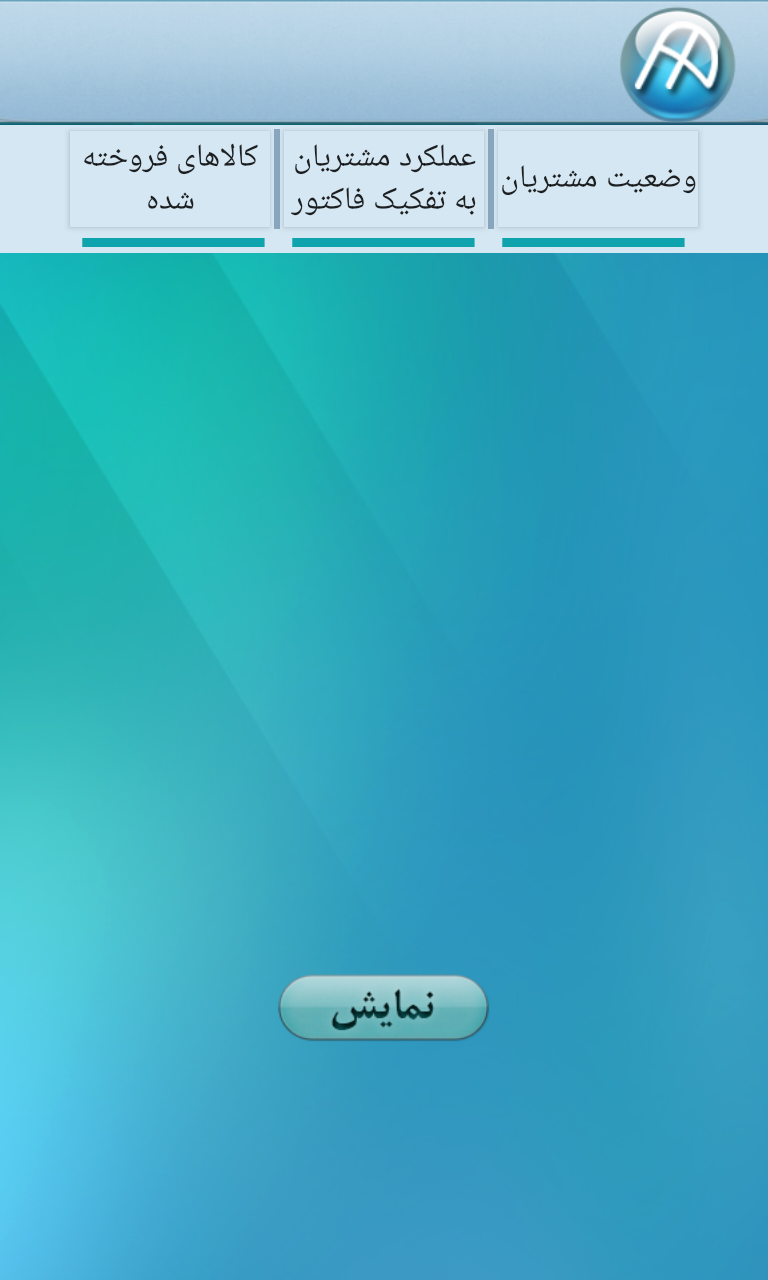
Repository: AtiehPardaz/Reports-Mobile
Layout: Reportsmobile/res/layout/activity_forosh.xml
An editor plug-in stored every save of this project. The layout is shown before and after the next save, followed by the edit.
It is drawn on a 768 x 1280 px phone screen (xhdpi) without system bars, with theme AppTheme; the app's code is not run. Lists and similar views that code fills are empty.

Above is the layout before, as saved 2015-03-09 13:04:22.

After the next save:
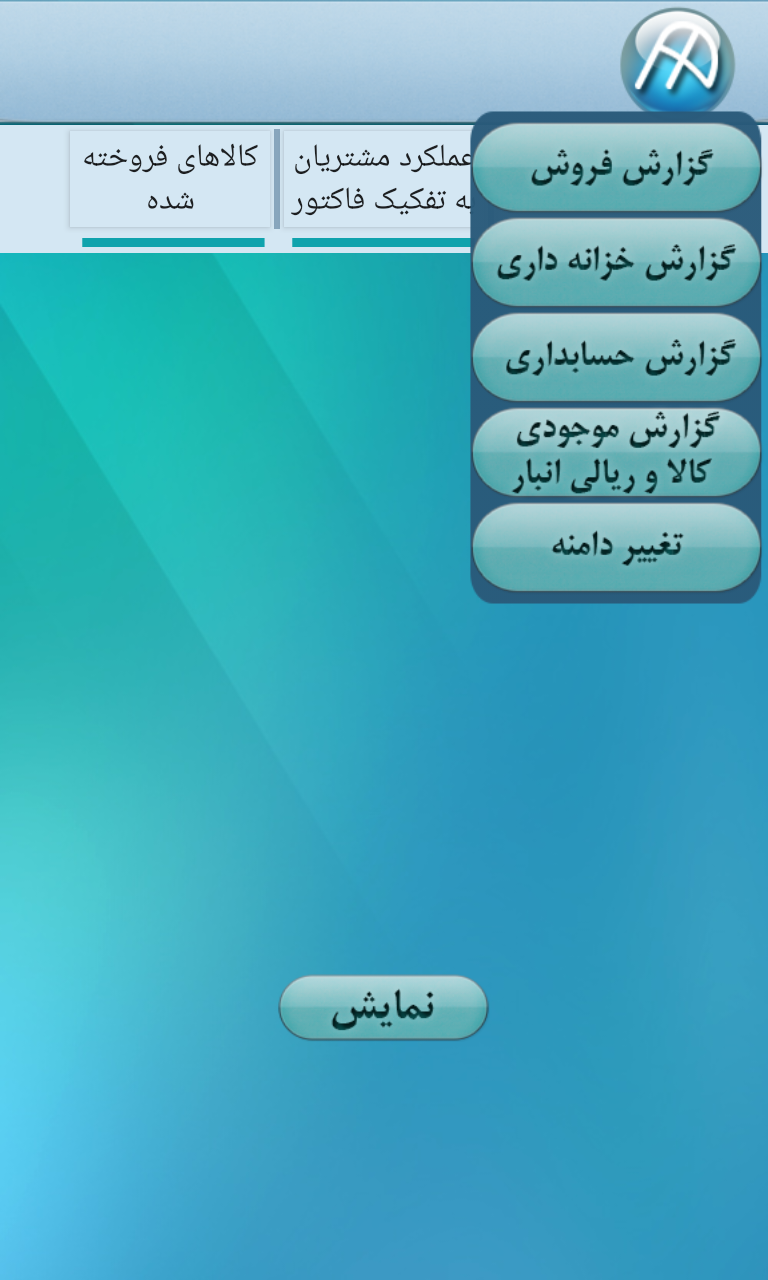
Saved 85 s later.
--- a/Reportsmobile/res/layout/activity_forosh.xml
+++ b/Reportsmobile/res/layout/activity_forosh.xml
@@ -123,15 +123,16 @@
         android:layout_width="match_parent"
         android:layout_height="wrap_content"
         android:gravity="right"
-        android:visibility="gone" >
+        android:visibility="visible" >
 
         <LinearLayout
             android:layout_width="wrap_content"
             android:layout_height="wrap_content"
+            android:layout_gravity="center|top"
             android:layout_marginRight="2dp"
             android:layout_marginTop="55dp"
             android:background="@drawable/menubackground"
-            android:gravity="right"
+            android:gravity="right|center"
             android:orientation="vertical" >
 
             <ImageButton

After the save that followed:
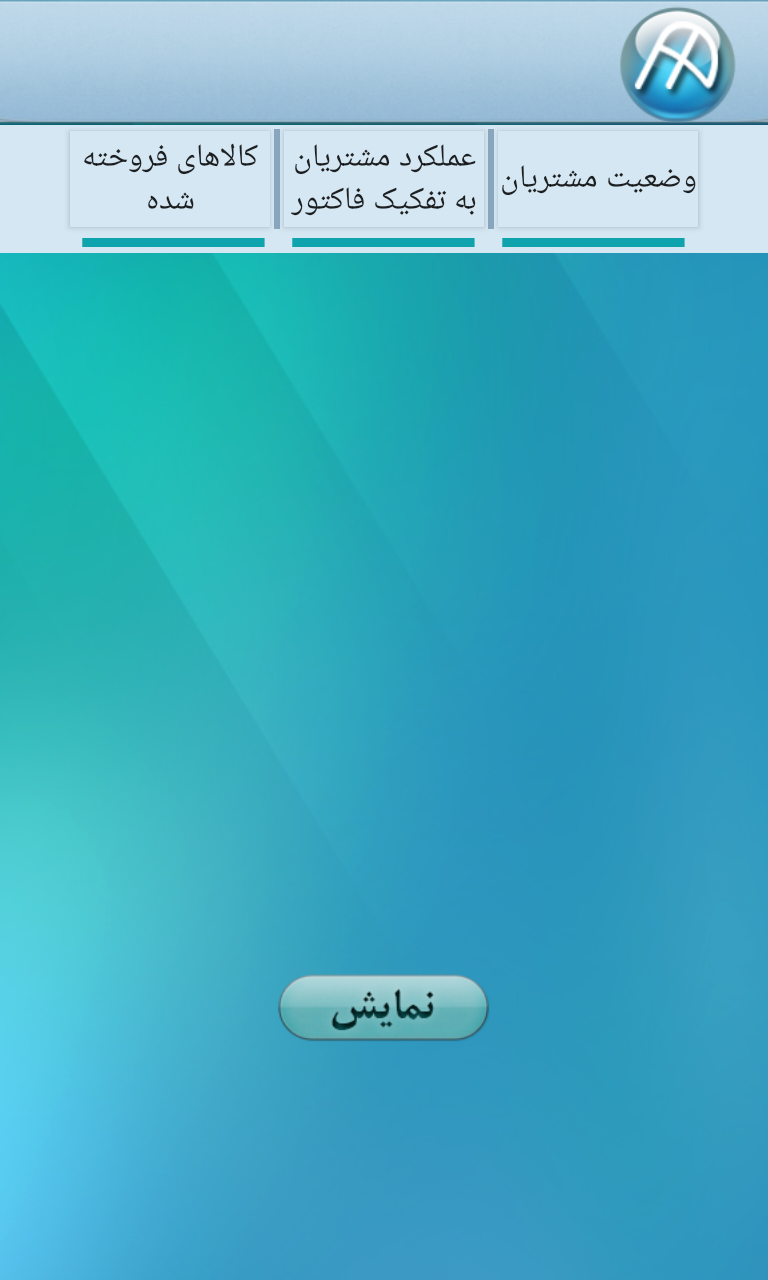
Saved 3 min 46 s later.
--- a/Reportsmobile/res/layout/activity_forosh.xml
+++ b/Reportsmobile/res/layout/activity_forosh.xml
@@ -133,7 +133,8 @@
             android:layout_marginTop="55dp"
             android:background="@drawable/menubackground"
             android:gravity="right|center"
-            android:orientation="vertical" >
+            android:orientation="vertical"
+            android:visibility="gone" >
 
             <ImageButton
                 android:id="@+id/imgbtn_forosh_forosh"
